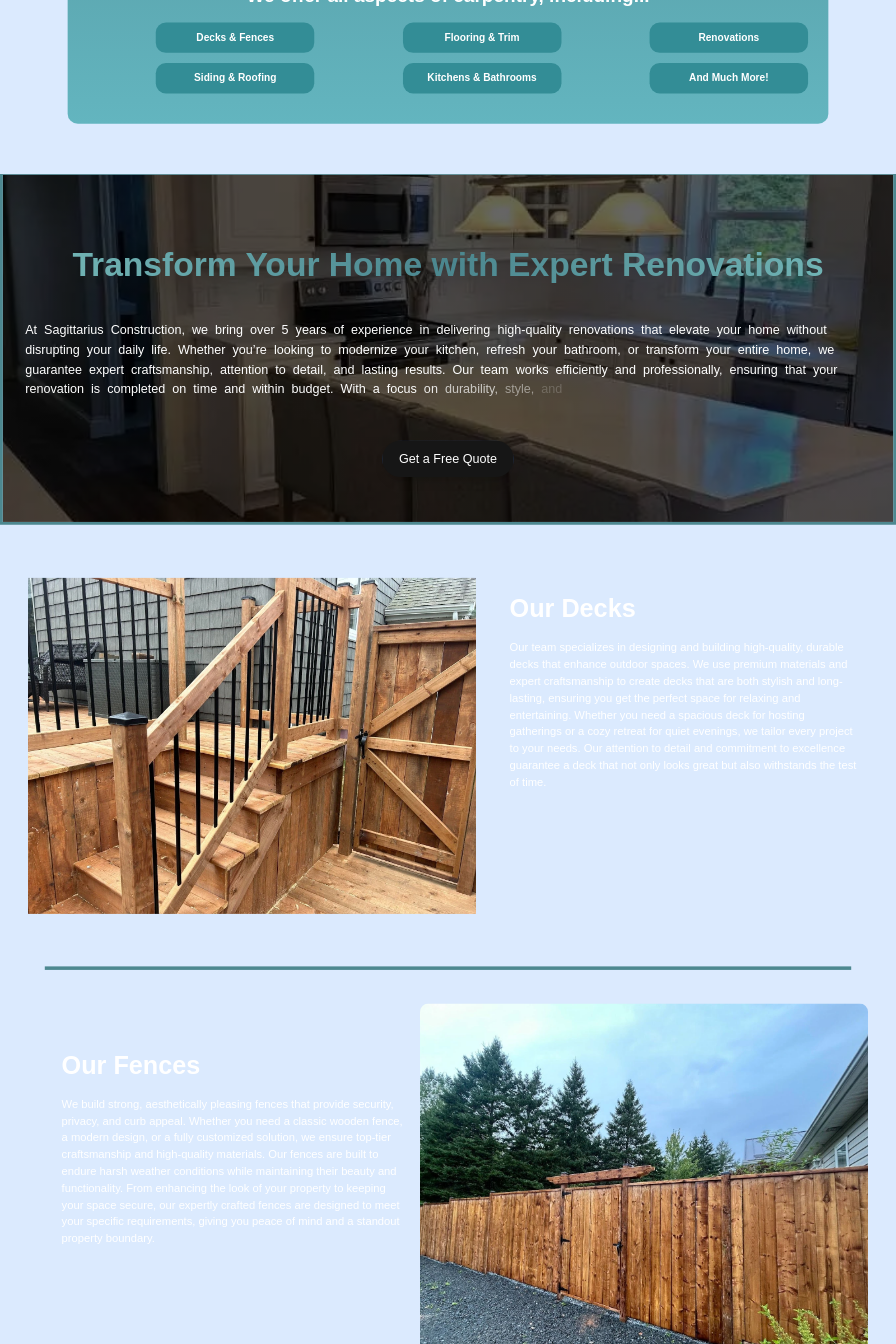
Repository: TMuse333/sagittarius
Page: / (app in frontend/)
These files come from the project's save history. The page is drawn as it stood at one moment and after the next save; the edit follows.
The browser window is 1280 px wide. The pictures show the part of the page from y = 1391 to 3311 px (the page is 9862 px tall before and 9861 px after), at 70% of full size.
The project was rebuilt for these pictures with package versions that can differ from the ones it lists, and the page was loaded fresh each time. The framework's server and built-in components were replaced by stand-ins that run in the browser. Also part of the build but not shown: frontend/next.config.ts.

Above is the page before, as saved 2025-03-17 19:42:15.

### frontend/src/app/layout.tsx
import { ContextProvider } from "@/context/context";
import type { Metadata } from "next";
import { Geist, Geist_Mono } from "next/font/google";
import "./globals.css";

const geistSans = Geist({
  variable: "--font-geist-sans",
  subsets: ["latin"],
});

const geistMono = Geist_Mono({
  variable: "--font-geist-mono",
  subsets: ["latin"],
});

export const metadata: Metadata = {
  title: "Sagittarius Construction demo",
  description: "Rough draft of your website",
};

export default function RootLayout({
  children,
}: Readonly<{
  children: React.ReactNode;
}>) {
  return (
    <html lang="en">
      <ContextProvider>


      <body
        className={`${geistSans.variable} ${geistMono.variable} antialiased`}
      >
        {children}
      </body>
      </ContextProvider>
    </html>
  );
}

### frontend/src/app/page.tsx
import Homepage from "@/pageComponents/homePage";


export default function Home() {
  return (
 <Homepage/>
  );
}

### frontend/src/context/context.tsx
"use client"

import React, { createContext, useState, useContext, ReactNode, useEffect } from 'react';

// Define the type for the context value
interface GeneralContextType {
  isMobile: boolean;
  setIsMobile: React.Dispatch<React.SetStateAction<boolean>>;
  isDesktop: boolean;
  setIsDesktop: React.Dispatch<React.SetStateAction<boolean>>;


  applicationFormState: Record<string, string>;
  setApplicationFormState: React.Dispatch<React.SetStateAction<Record<string, string>>>;


}


// Create the context
export const GeneralContext = createContext<GeneralContextType | undefined>(undefined);

// Create a provider component
export const ContextProvider: React.FC<{ children: ReactNode }> = ({ children }) => {
  // Initialize the value state


  // Detect mobile devices
  const [isMobile, setIsMobile] = useState<boolean>(true);

const [isDesktop, setIsDesktop] = useState(false)

const [applicationFormState, setApplicationFormState] = useState<Record<string, string>>({});

  useEffect(() => {
    const handleScroll = () => {
      if (typeof window !== 'undefined') {
        setIsMobile(window.innerWidth <= 865);
      }
      else{
        setIsDesktop(true)
      }
    };

    if (typeof window !== 'undefined') {
      window.addEventListener('scroll', handleScroll);
      handleScroll(); // Initial check
    }

    return () => {
      if (typeof window !== 'undefined') {
        window.removeEventListener('scroll', handleScroll);
      }
    };
  }, []);

  useEffect(() => {
    const handleScroll = () => {
      if (typeof window !== 'undefined') {
        setIsDesktop(window.innerWidth > 868);
      }

    };

    if (typeof window !== 'undefined') {
      window.addEventListener('scroll', handleScroll);
      handleScroll(); // Initial check
    }

    return () => {
      if (typeof window !== 'undefined') {
        window.removeEventListener('scroll', handleScroll);
      }
    };
  }, []);


  useEffect(() => {
    console.log('is mobile', isMobile);
    console.log("is desktop", isDesktop)
  }, [isDesktop]);

  const contextValue = {

    isMobile,
    setIsMobile,
    applicationFormState,
    setApplicationFormState,
    isDesktop,
    setIsDesktop


  };

  return <GeneralContext.Provider value={contextValue}>{children}</GeneralContext.Provider>;
};

export const useGeneralContext = (): GeneralContextType => {
  const context = useContext(GeneralContext);
  if (!context) {
    throw new Error('useGeneralContext must be used within a ContextProvider');
  }
  return context;
};

### frontend/src/app/globals.css
@tailwind base;
@tailwind components;
@tailwind utilities;

:root {
  --background: #DBEAFE;
  --foreground: #171717;
}

@media (prefers-color-scheme: dark) {
  :root {
    --background: #404040;
    --foreground: #ededed;
  }
}

body {
  color: white;
  background: var(--background);
  font-family: Arial, Helvetica, sans-serif;

}

### frontend/src/components/footer/footer.tsx
import React from "react";
import Link from "next/link";

interface Props {
  excludedLink: string;
}

const Footer: React.FC<Props> = ({ excludedLink }) => {
  function handleScroll(destination: string) {
    if (typeof window !== "undefined") {
      const element = document.getElementById(destination);

      if (element) {
        const offset = -100;
        const elementPosition = element.getBoundingClientRect().top;
        const offsetPosition = elementPosition + window.pageYOffset + offset;

        window.scrollTo({
          top: offsetPosition,
          behavior: "smooth",
        });
      } else {
        console.warn(`Element with ID '${destination}' not found.`);
      }
    } else {
      console.warn("Window is not available.");
    }
  }

  const links = [
    {
      destination: "work",
      name: "Our work",
      hasScroll: true,
    },
    {
      destination: "reviews",
      name: "Reviews",
      hasScroll: true,
    },
    {
      destination: "why-us",
      name: "Why Us",
      hasScroll: true,
    },
    {
      destination: "contact",
      name: "Contact",
      hasScroll: true,
    },
  ];

  const filteredLinks = links.filter(link => link.name !== excludedLink);

  return (
    <footer className="w-screen relative flex flex-col items-center justify-center mx-auto py-8 bg-[#4D8890] text-white">
      <div className="max-w-7xl w-full px-4">
        {/* Site Map Section */}
        <h6 className="text-3xl sm:text-4xl font-semibold mb-8 text-center">Site Map</h6>

        {/* Links Container */}
        <div className="flex flex-col md:flex-row justify-center items-center md:items-start gap-6 md:gap-12 mb-12">
          {filteredLinks.map((link, index) => (
            <div
              key={index}
              className="flex flex-col items-center md:items-start"
            >
              {link.hasScroll ? (
                <button
                  onClick={() => handleScroll(link.destination)}
                  className="text-lg md:text-xl font-medium hover:text-[#00bfff] transition-colors duration-200"
                >
                  {link.name}
                </button>
              ) : (
                <Link
                  href={`/${link.destination}`}
                  className="text-lg md:text-xl font-medium hover:text-[#00bfff] transition-colors duration-200"
                >
                  {link.name}
                </Link>
              )}
            </div>
          ))}
        </div>

        {/* Social Media Section */}
        {/* <h6 className="text-3xl sm:text-4xl font-semibold mb-8 text-center">Social Media</h6> */}
        <div className="flex justify-center gap-6 mb-8">
          {/* Add your social media icons/links here */}
          {/* <p>Insert social media links here</p> */}
        </div>
        <a className="text-center text-xl"
         href="https://www.focusflowsoftware.com">
          Developed by Focus Flow Software
        </a>

        {/* Optional Quote */}
        {/* <p className="text-center text-sm md:text-base max-w-2xl mx-auto">
          For every action, there is an equal and opposite reaction. Use this law everyday to create the reality you desire.
        </p> */}
      </div>
    </footer>
  );
};

export default Footer;

### frontend/src/components/googleReviews/googleReviews.tsx
import Image from "next/image";
import React, { useState } from "react";
import {Star} from 'lucide-react'
import SlidingText from "../textAnimations/slidingText/slidingText";
import {motion} from 'framer-motion'
// import Link from "next/link";
interface ReviewData {
    name:string,
    src:string,
    description:string,
    date:string,
    alt:string
}


const Review:React.FC<ReviewData> = ({
    name,src,description,date,
    alt
}) => {


    return (
        <div className="w-[90vw] flex-shrink-0 rounded-2xl
        mr-4 border border-blue-500 max-w-[400px]
        mx-auto bg-gradient-to-tr from-[#4D8890] to-[#8BAEB7]
        flex flex-col  text-white">
<div className="flex flex-row ml-4 mt-2">
<Image
height={1300}
width={600}
src={src}
alt={alt}
className='w-[20vw] max-w-[75px] max-h-[75px] h-[20vw] object-cover rounded-full object-contain'

/>
<div className="flex flex-col ml-8">
    <span>{name}</span>
    <span>{date}</span>
</div>
</div>
<div className="flex flex-col ml-2 px-4 mt-3 pb-6">
    <div className="flex flex-row">

    {[...Array(5)].map((_, index) => (
        <Star key={index} size={24} color="#FFD700" fill="#FFD700" />
      ))}

    </div>
    <p className="text-left mt-4">
    {description}
</p>


</div>
        </div>
    )
}

interface GoogleProps {
    reviews:ReviewData[]
}

const GoogleReviews:React.FC<GoogleProps> = ({
    reviews
}) => {

    const [slideComplete, setSlideComplete] = useState(false)

    return (
        <>
  <SlidingText
  text="Reviews"
  setSlideComplete={setSlideComplete}
styles="bg-gradient-to-b from-white to-gray-200 bg-clip-text text-transparent
text-3xl sm:text-4xl font-semibold text-center relative transition-colors"


  />
  <motion.p
  initial={{
    opacity:0,
    y:-40
  }}
  animate={{
    opacity:slideComplete ? 1  : 0,
    y:slideComplete ? 0 : -40
  }}
  className=" max-w-[900px]
  text-left mx-auto mt-4
  md:text-lg"
  >
From our 5+ years in business we have helped out many customers
improve their lovely homes in an efficient manner. Here is what some our
clients have to say about our work!
<br/>
<a
  href="https://www.google.com/maps/place/Sagittarius+Construction/@45.1932025,-68.3189312,6z/data=!3m1!4b1!4m6!3m5!1s0x6919d162980a017b:0x3540f39c10b3d454!8m2!3d45.3077481!4d-63.028289!16s%2Fg%2F11kpqb7fkv?entry=ttu&g_ep=EgoyMDI1MDMxMi4wIKXMDSoJLDEwMjExNDUzSAFQAw%3D%3D"
  target="_blank"
  rel="noopener noreferrer"
>
  <button className="rounded-2xl bg-[#338d96] p-2 mt-2">
    See all reviews
  </button>
</a>

  </motion.p>


        <section

        className={`relative w-screen ml-auto mb-[5rem] mt-[5rem] overflow-x-hidden
         py-8 text-center text-black`}
    >


        <div
            className="flex-shrink-0 pr-[3rem] pl-[1rem] flex ml-auto sm:ml-0 sm:mr-0 overflow-x-scroll overflow-y-hidden
            "
        >
         {reviews.map((review, index) => (
                <Review
                {...review}
                key={index}
                />
            ))}

        </div>
     </section>
     </>
    )
}

export default GoogleReviews

### frontend/src/components/verticalImageText/verticalImageText.tsx
import React, { useEffect, useState } from "react";
import { useAnimate, motion, useMotionValue, useMotionTemplate,
useInView, animate } from 'framer-motion';
// import Image from "next/image";
// import brain from '../../../public/logo.webp'
import Link from 'next/link'
import AppearingGradient from "../textAnimations/appearingGradient/appearingGradient";
import { useGeneralContext } from "@/context/context";
import FadeInFromLeftText from "../textAnimations/fadeInFromLeftText/fadeInFromLeftText";
import bgImage from '../../../public/kitchen.webp'
interface Props {
  title:string,
  description:string,
  buttonText:string,
  buttonDestination:string
  hasScroll?:boolean
}

const VerticalImageTextBox:React.FC<Props> = ({
  title, description,
  buttonText, buttonDestination,
  hasScroll
}) => {
  const [scope, scopeAnimate] = useAnimate();

  const COLORS = [
    "#0a0a0a", // Main color (base black)
    "#141414", // Slightly lighter shade
    "#1e1e1e", // Warmer black with a hint of depth
    "#121212", // Muted dark shade
    "#181818", // Deep charcoal, softer than pure black
    "#262626"  // Lightest shade, closer to dark gray
];




  const color1 = useMotionValue(COLORS[0]);
  const color2 = useMotionValue(COLORS[1]);

  const backgroundImage = useMotionTemplate`linear-gradient(45deg,${color1}, ${color2})`


  const [animationComplete, setAnimationComplete] = useState(false);



  const {isMobile} = useGeneralContext()

  // Ensure you're transforming the y values based on the scroll position

  const inView = useInView(scope,{

    amount:!isMobile ? 0.7 : 0.2,
    once:true
  })


      const handleAnimation = async () => {
       const header = document.getElementById('closing-header')
       const paragraph = document.getElementById('closing-paragraph')
       const button = document.getElementById('closing-button')

       if(header){
        await scopeAnimate(header,{y:0,opacity:1})

       }

       if(paragraph){
        await scopeAnimate(paragraph,{opacity:1},
            {delay:1})
       }

       if(button){
        await scopeAnimate(button,{opacity:1},{
            delay:0.5,
            ease:'easeInOut'

        },)
       }

      }

      useEffect(()=> {
        if(inView){
            console.log('in view!')
            handleAnimation()
        }
    })


    useEffect(() => {
        // Animate the colors for the gradient

           animate(color1, COLORS, {
            ease: "easeInOut",
            duration: 10,
            repeat: Infinity,
            repeatType: "loop",
          });

           animate(color2, COLORS, {
            ease: "easeInOut",
            duration: 10,
            repeat: Infinity,
            repeatType: "loop",
          });



    }, []);


  return (
    <section ref={scope} className=" relative
    z-[1] border-t border-[#4D8890] border-4
    py-8
   "
   style={{
    backgroundImage: `linear-gradient(rgba(0, 0, 0, 0.6), rgba(0, 0, 0, 0.6)), url(${bgImage.src})`,
    backgroundSize: "cover", // Ensures the image covers the container
    backgroundPosition: "center", // Centers the image
  }}

      >

{/* <div className="absolute w-full h-[15px]
bg-red-200 top-0 left-0 z-[2]"
/> */}


        {/* Motion heading */}
        {/* <h3 id='closing-header'
className="text-center relative pb-4  mr-auto font-semibold mb-2
bg-clip-text text-transparent text-3xl sm:text-4xl md:text-5xl
translate-y-[4rem] transition-transform opacity-0"
style={{
  backgroundImage: "linear-gradient(to right, #00e0ff, #00a2e4, #00e0ff)",

}}>


          Time to elevate your digital presence
        </h3> */}

        <AppearingGradient
        text={title}
        subText=""
        noBottom
        />



      {/* Optional image */}
      {/* <Image
        src={brain}
        alt="brain"
        className="w-[20vw] object-cover mx-auto relative z-[4]
        max-w-[420px] max-h-[280px] mt-[-3rem] mb-4
        rounded-2xl
        "
      /> */}

      {/* Call to action section */}
      <section id='closing-paragraph'
      className="flex flex-col justify-center md:text-lg px-4 relative z-[4] mb-8
      opacity-0 items-center">
     <FadeInFromLeftText
     className="mx-auto px-4 text-pre-line
     whitespace-pre-line text-white"
     startAnimation={inView}
     text={description}
     setAnimationComplete={setAnimationComplete}
     />



{hasScroll ? (
  <motion.button
    id="closing-button"
    style={{
      backgroundImage,
    }}
    initial={{
      opacity: 0,
      y: -15,
    }}
    animate={{
      opacity: animationComplete ? 1 : 0,
      y: animationComplete ? 0 : -15,
    }}
    whileHover={{
      scale: 1.05,
    }}
    onClick={() => {
      const targetElement = document.getElementById(buttonDestination);
      if (targetElement) {
        targetElement.scrollIntoView({ behavior: "smooth" });
      }
    }}
    className="mx-auto mt-8 opacity-0 px-6 py-3 bg-blue-500 text-white rounded-full
      shadow-lg shadow-all-around"
  >
    {buttonText}
  </motion.button>
) : (
  <Link href={buttonDestination}>
    <motion.button
      id="closing-button"
      style={{
        backgroundImage,
      }}
      initial={{
        opacity: 0,
        y: -15,
      }}
      animate={{
        opacity: animationComplete ? 1 : 0,
        y: animationComplete ? 0 : -15,
      }}
      whileHover={{
        scale: 1.05,
      }}
      className="mx-auto mt-8 opacity-0 px-6 py-3 bg-blue-500 text-white rounded-full
        shadow-lg shadow-all-around"
    >
      {buttonText}
    </motion.button>
  </Link>
)}

      </section>

    </section>
  );
};

export default VerticalImageTextBox;

### frontend/src/components/textAnimations/fadeInFromLeftText/fadeInFromLeftText.tsx
import { motion } from 'framer-motion';
import React, { ElementType, useState, useEffect } from 'react';

interface FadeInFromLeftTextProps {
  text: string; // The text to animate
  as?: ElementType; // The HTML tag to render (default: 'p')
  className?: string; // Additional CSS classes
  duration?: number; // Total animation duration (in seconds)
  startAnimation?: boolean; // Control when animation starts
  setAnimationComplete?: React.Dispatch<React.SetStateAction<boolean>>; // Notify when animation is complete
  keywords?: string[]; // Highlighted keywords
}

const FadeInFromLeftText: React.FC<FadeInFromLeftTextProps> = ({
  text,
  as: Tag = 'p', // Default to 'p' tag
  className = '',
  duration = 2, // Default animation duration
  startAnimation, // Default to false if not provided
  setAnimationComplete, // Optional function to notify when animation is complete
  keywords = [], // Default to an empty array if not provided
}) => {
  const [animationStarted, setAnimationStarted] = useState(false);

  // Trigger animation when startAnimation is set to true
  useEffect(() => {
    if (startAnimation && !animationStarted) {
      setAnimationStarted(true);
    } else if (!startAnimation) {
      setAnimationStarted(true);
    }
  }, [startAnimation, animationStarted]);

  // Notify when animation is complete
  useEffect(() => {
    if (animationStarted && setAnimationComplete) {
      const timeout = setTimeout(() => {
        setAnimationComplete(true); // Notify parent when animation is complete
      }, duration * 1000); // Use duration to calculate when the animation finishes
      return () => clearTimeout(timeout); // Cleanup timeout
    }
  }, [animationStarted, duration, setAnimationComplete]);

  // Function to check if a word is a keyword
  const isKeyword = (word: string) => keywords.includes(word);

  return (
    <motion.div
      initial={{ clipPath: 'inset(0 100% 0 0)', opacity: 0 }}
      animate={startAnimation ? { clipPath: 'inset(0 0% 0 0)', opacity: 1 } : {}}
      transition={{ duration }}
      className={`overflow-hidden ${className}`} // Ensure no overflow
    >
      <Tag>
        {text.split(' ').map((word, wordIndex) => (
          <motion.span
            key={wordIndex}
            initial={{ x: 20, opacity: 0 }}
            animate={{ x: 0, opacity: 1 }}
            transition={{
              delay: wordIndex * 0.1, // Delay based on word position
              duration: 0.5, // Animation duration
            }}
            className={isKeyword(word) ? 'animate-gradient font-bold' : ''} // Apply specific class if keyword
            style={
                isKeyword(word)
                  ? {
                      background: 'linear-gradient(90deg, #00A4F6, #66C8FF, #00A4F6)',
                      backgroundSize: '200% 200%',
                      backgroundClip: 'text',
                      WebkitBackgroundClip: 'text',
                      color: 'transparent',
                      animation: 'gradient-animation 8s ease-in-out infinite',
                      transition: 'background 0.5s ease, color 0.5s ease',
                    }
                  : undefined
              }
          >
            {word}
            &nbsp; {/* Adding space between words */}
          </motion.span>
        ))}
      </Tag>
    </motion.div>
  );
};

export default FadeInFromLeftText;

Loaded but not shown: frontend/tailwind.config.ts (common file); frontend/src/data/homeData.ts (456 lines, source omitted); frontend/src/components/gridCarousel/gridCarousel.tsx (309 lines, source omitted); frontend/src/components/experienceCard/experienceCard.tsx (230 lines, source omitted); frontend/src/components/herobanner/carouselHero.tsx (224 lines, source omitted); frontend/src/components/contactForm/contactForm.tsx (177 lines, source omitted); frontend/src/components/ImageAspects/imageAspects.tsx (280 lines, source omitted); frontend/src/components/textAndList/textAndList.tsx (222 lines, source omitted); frontend/src/components/navbar/navbar.tsx (156 lines, source omitted); frontend/src/components/textAnimations/appearingGradient/appearingGradient.tsx (152 lines, source omitted); frontend/src/components/textAnimations/typeAlongText/typeAlongText.tsx (118 lines, source omitted); frontend/src/components/imageTextBox/imageTextBox.tsx (191 lines, source omitted); frontend/src/components/contactForm/inputForm.tsx (82 lines, source omitted); frontend/src/pageComponents/homePage.tsx (161 lines, source omitted); frontend/src/components/textAnimations/slidingText/slidingText.tsx (86 lines, source omitted)

After the next save:
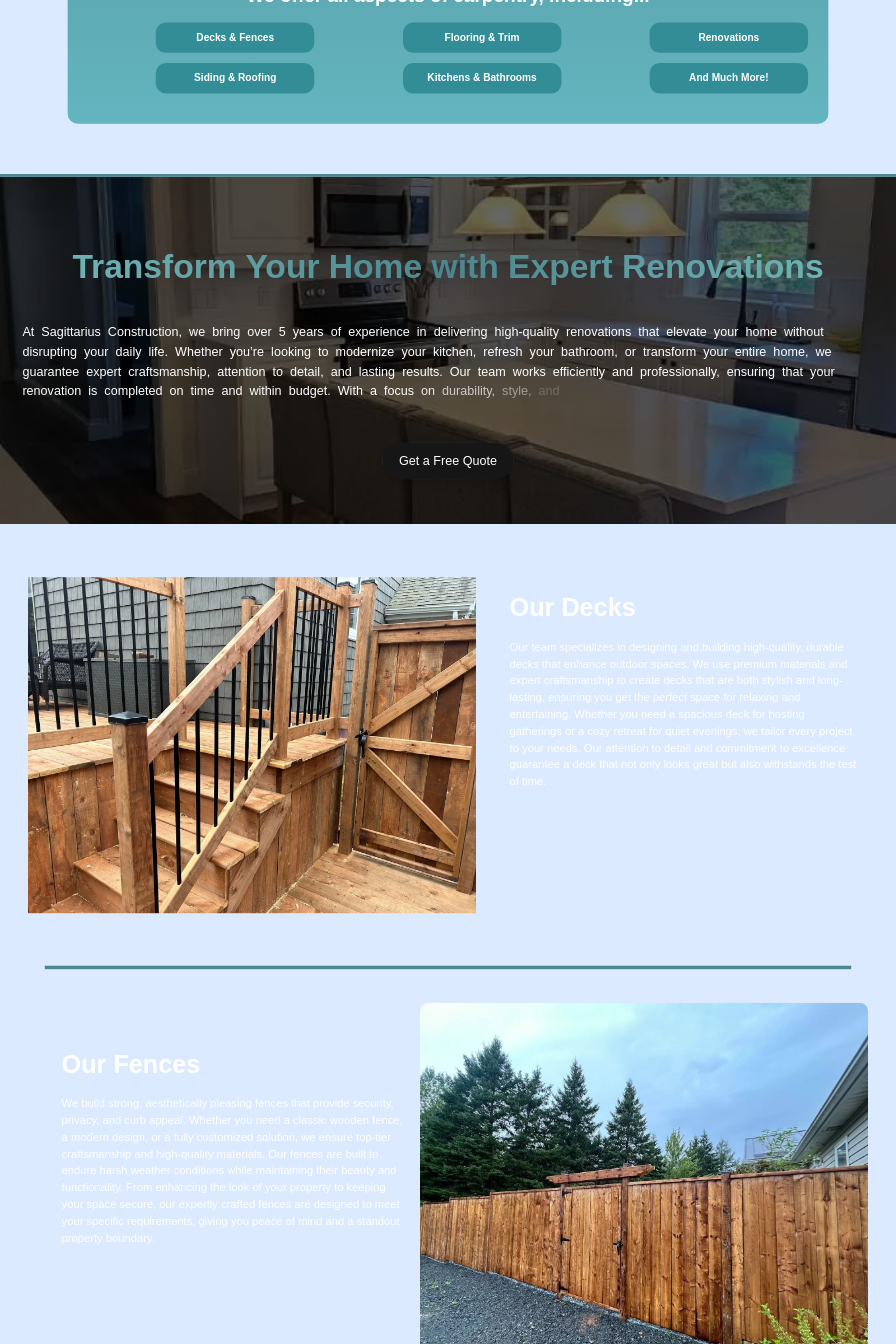
Saved 4 s later.
--- a/frontend/src/components/verticalImageText/verticalImageText.tsx
+++ b/frontend/src/components/verticalImageText/verticalImageText.tsx
@@ -113,7 +113,7 @@
 
   return (
     <section ref={scope} className=" relative
-    z-[1] border-t border-[#4D8890] border-4
+    z-[1] border-t border-[#4D8890] border-t-4
     py-8
    "
    style={{
